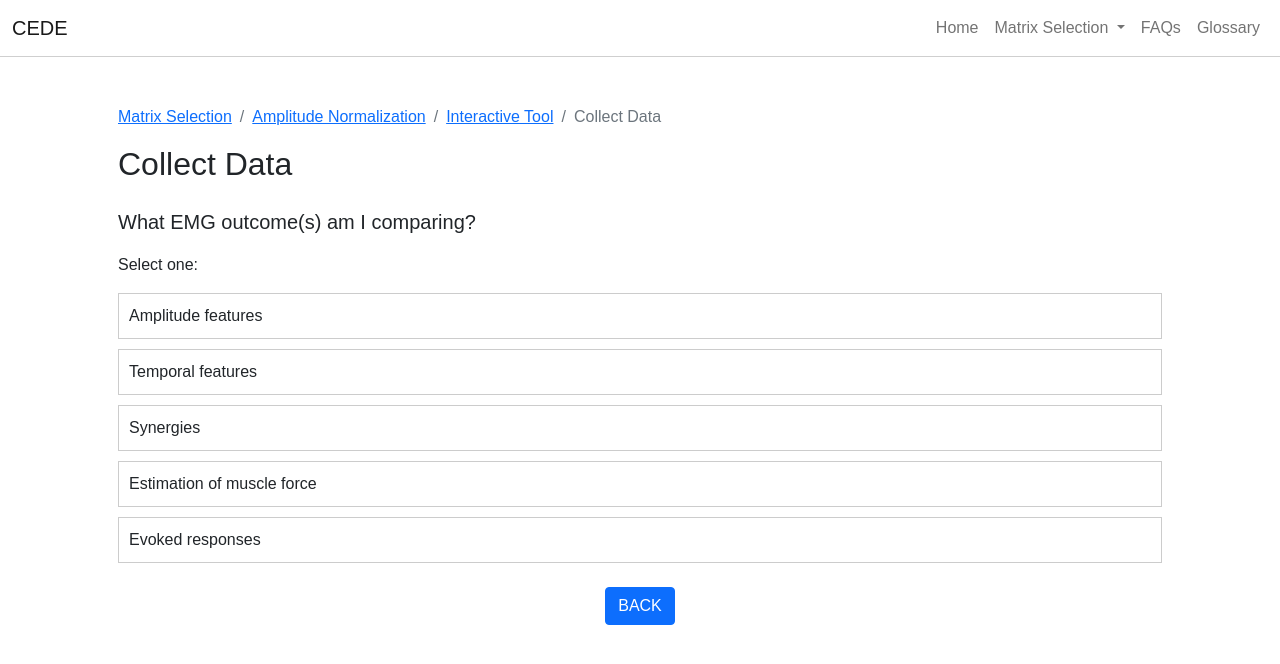
Repository: devashrisamani/CEDE-Website
Page: website/collectdata.html
An editor plug-in stored every save of this project. The page is shown before and after the next save, followed by the edit.
The browser window is 1280 px wide. The pictures show the whole page.

Above is the page before, as saved 2024-06-24 11:01:57.
Console error: TypeError: Cannot read properties of null (reading 'addEventListener')

After the next save:
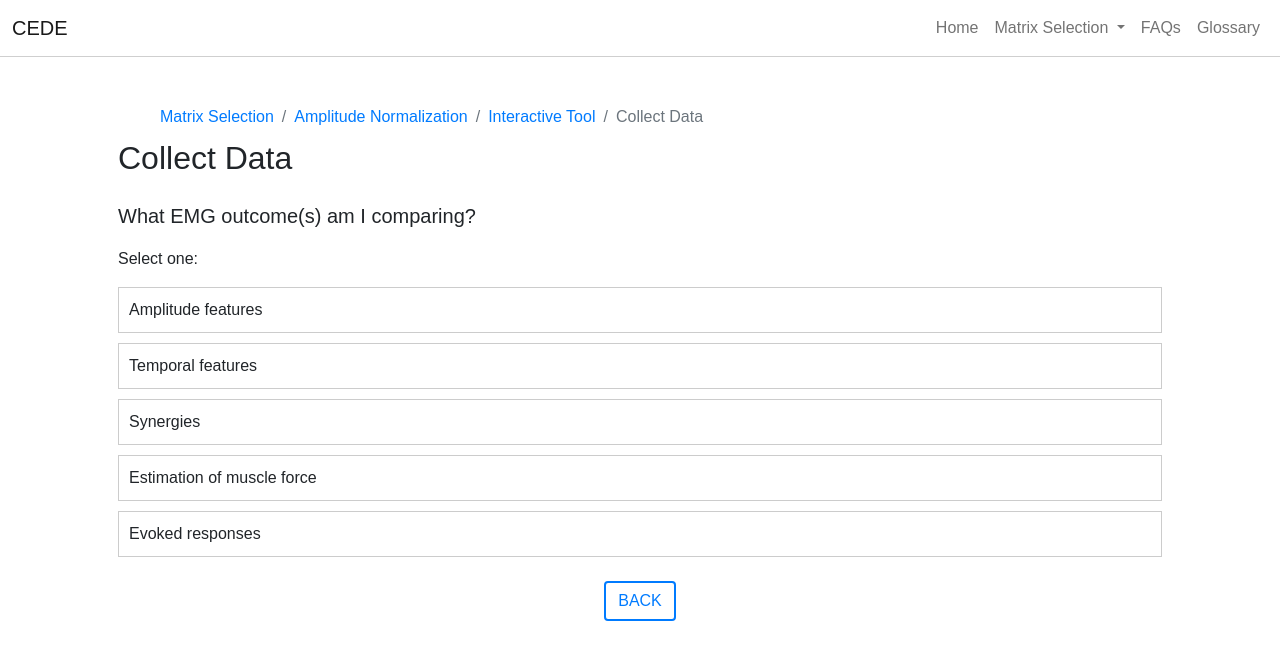
Saved 2 h 2 min later.
--- a/website/collectdata.html
+++ b/website/collectdata.html
@@ -8,7 +8,105 @@
       href="https://cdn.jsdelivr.net/npm/bootstrap@5.1.3/dist/css/bootstrap.min.css"
       rel="stylesheet"
     />
-    <link rel="stylesheet" href="collectdata.css" />
+    <style>
+      body {
+        font-family: Arial, sans-serif;
+        margin: 0;
+        padding: 0;
+        background-color: #ffffff;
+      }
+
+      #wrapper {
+        width: 100%;
+        text-align: center;
+      }
+
+      .navbar {
+        border-bottom: 1px solid #cfcfcf;
+        background-color: #ffffff;
+      }
+
+      .breadcrumb {
+        background-color: white;
+        padding: 0;
+        margin-bottom: 10px;
+        padding-left: 42px;
+      }
+
+      .breadcrumb-item a {
+        color: #007bff;
+        text-decoration: none;
+      }
+
+      .breadcrumb-item a:hover {
+        text-decoration: underline;
+      }
+
+      main {
+        padding: 20px;
+      }
+
+      #decision-form {
+        background: #fff;
+        padding: 20px;
+        width: 50%;
+        margin: 20px auto;
+        border: 1px solid #ccc;
+        border-radius: 8px;
+      }
+
+      .option {
+        display: flex;
+        justify-content: space-between;
+        align-items: center;
+        border: 1px solid #ccc;
+        margin-bottom: 10px;
+        padding: 10px;
+        cursor: pointer;
+      }
+
+      .option:hover {
+        background-color: #f0f0f0;
+      }
+
+      .arrow {
+        font-weight: bold;
+      }
+
+      button {
+        font-size: 1rem;
+        padding: 0.5rem 1rem;
+        border-radius: 30px;
+        border: 2px solid #007bff;
+        background-color: white;
+        color: #007bff;
+        text-transform: uppercase;
+      }
+
+      .btn-primary {
+        background-color: #007bff;
+        color: white;
+        border: 2px solid #007bff;
+      }
+
+      .btn-primary:hover {
+        background-color: white;
+        color: #007bff;
+        border: 2px solid #007bff;
+      }
+
+      .btn-secondary {
+        background-color: white;
+        color: #007bff;
+        border: 2px solid #007bff;
+      }
+
+      .btn-secondary:hover {
+        background-color: #007bff;
+        color: white;
+        border: 2px solid #007bff;
+      }
+    </style>
   </head>
   <body>
     <!-- Navigation Bar -->
@@ -112,9 +210,9 @@
       <div class="text-center mt-4">
         <button
           type="button"
-          class="btn btn-primary"
+          class="btn btn-secondary"
           id="back-button"
-          onclick="goBack()"
+          onclick="window.location.href='amplitude.html'"
         >
           Back
         </button>

After the save that followed:
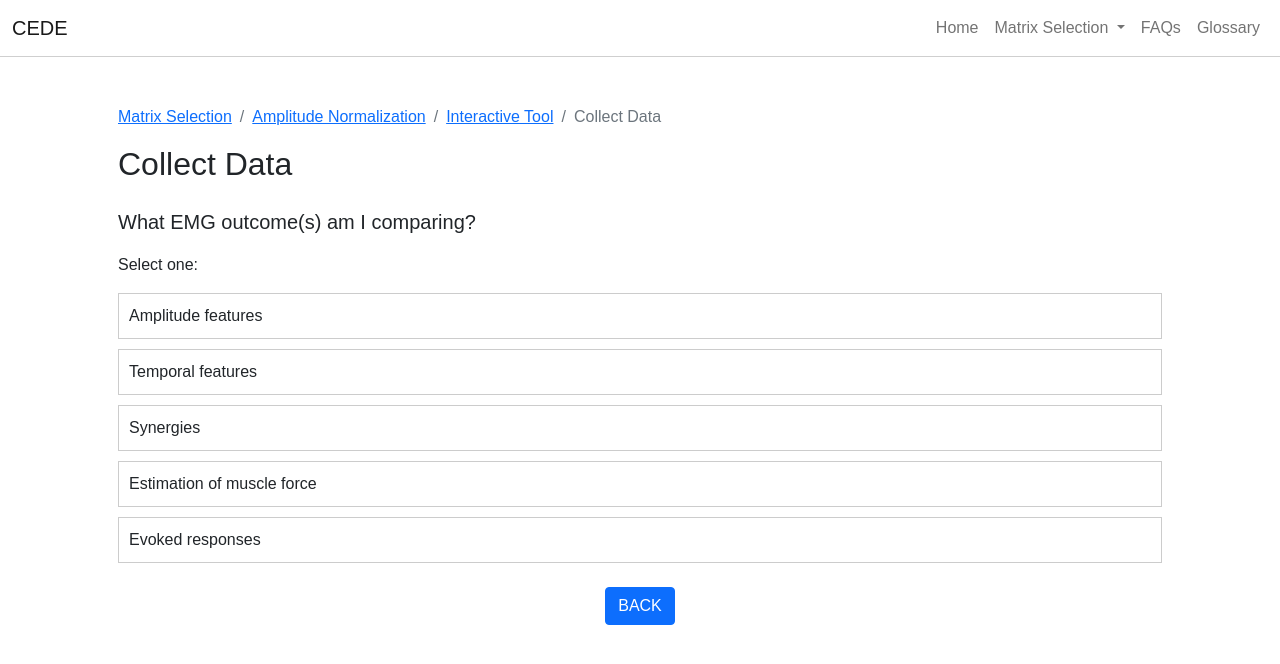
Saved 100 s later.
--- a/website/collectdata.html
+++ b/website/collectdata.html
@@ -8,105 +8,7 @@
       href="https://cdn.jsdelivr.net/npm/bootstrap@5.1.3/dist/css/bootstrap.min.css"
       rel="stylesheet"
     />
-    <style>
-      body {
-        font-family: Arial, sans-serif;
-        margin: 0;
-        padding: 0;
-        background-color: #ffffff;
-      }
-
-      #wrapper {
-        width: 100%;
-        text-align: center;
-      }
-
-      .navbar {
-        border-bottom: 1px solid #cfcfcf;
-        background-color: #ffffff;
-      }
-
-      .breadcrumb {
-        background-color: white;
-        padding: 0;
-        margin-bottom: 10px;
-        padding-left: 42px;
-      }
-
-      .breadcrumb-item a {
-        color: #007bff;
-        text-decoration: none;
-      }
-
-      .breadcrumb-item a:hover {
-        text-decoration: underline;
-      }
-
-      main {
-        padding: 20px;
-      }
-
-      #decision-form {
-        background: #fff;
-        padding: 20px;
-        width: 50%;
-        margin: 20px auto;
-        border: 1px solid #ccc;
-        border-radius: 8px;
-      }
-
-      .option {
-        display: flex;
-        justify-content: space-between;
-        align-items: center;
-        border: 1px solid #ccc;
-        margin-bottom: 10px;
-        padding: 10px;
-        cursor: pointer;
-      }
-
-      .option:hover {
-        background-color: #f0f0f0;
-      }
-
-      .arrow {
-        font-weight: bold;
-      }
-
-      button {
-        font-size: 1rem;
-        padding: 0.5rem 1rem;
-        border-radius: 30px;
-        border: 2px solid #007bff;
-        background-color: white;
-        color: #007bff;
-        text-transform: uppercase;
-      }
-
-      .btn-primary {
-        background-color: #007bff;
-        color: white;
-        border: 2px solid #007bff;
-      }
-
-      .btn-primary:hover {
-        background-color: white;
-        color: #007bff;
-        border: 2px solid #007bff;
-      }
-
-      .btn-secondary {
-        background-color: white;
-        color: #007bff;
-        border: 2px solid #007bff;
-      }
-
-      .btn-secondary:hover {
-        background-color: #007bff;
-        color: white;
-        border: 2px solid #007bff;
-      }
-    </style>
+    <link rel="stylesheet" href="collectdata.css" />
   </head>
   <body>
     <!-- Navigation Bar -->
@@ -210,9 +112,9 @@
       <div class="text-center mt-4">
         <button
           type="button"
-          class="btn btn-secondary"
+          class="btn btn-primary"
           id="back-button"
-          onclick="window.location.href='amplitude.html'"
+          onclick="goBack()"
         >
           Back
         </button>
